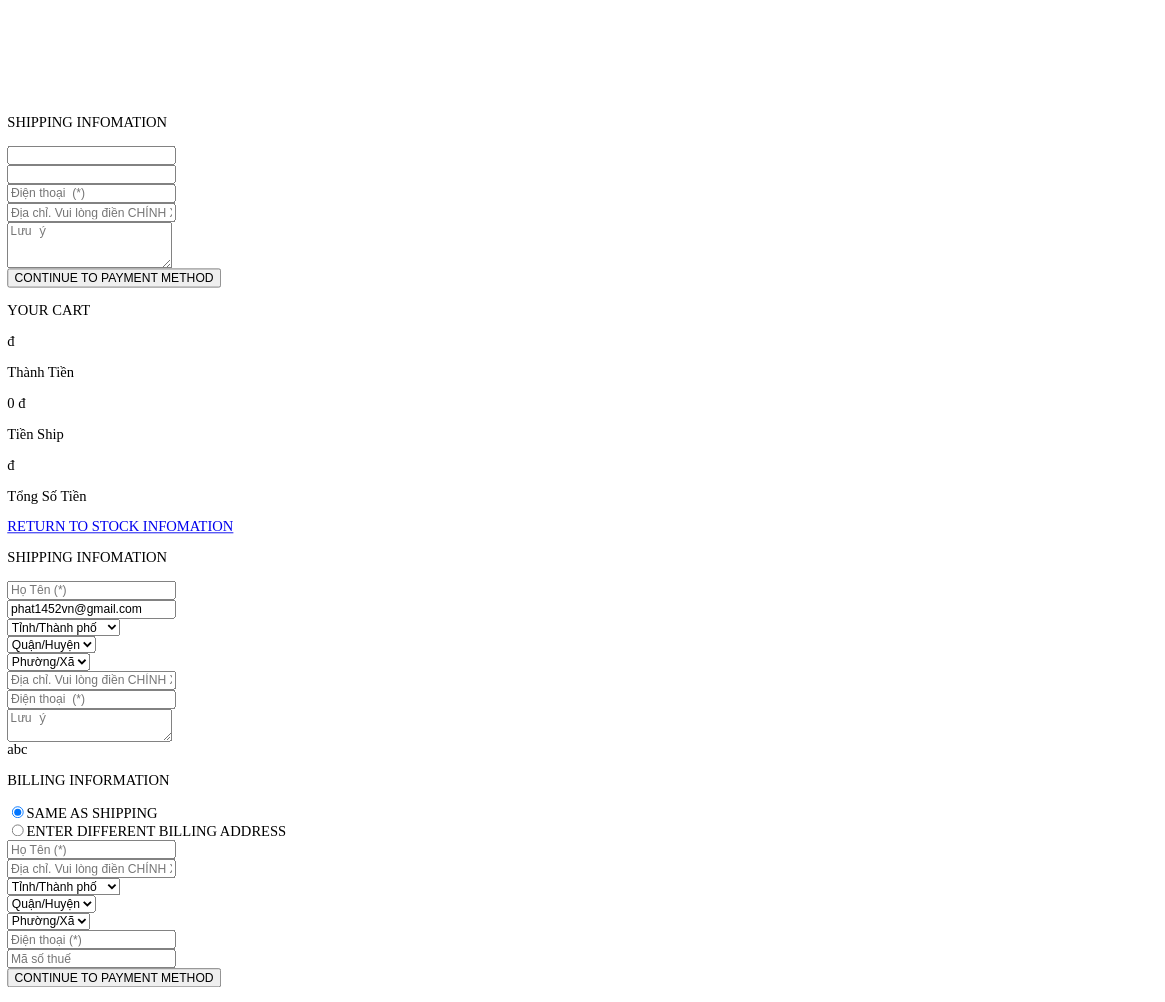
Repository: nguyengiabao245/NHOM3_C2
Page: http://localhost/DoAnJava/WEB-INF/views/order/checkout.jsp
The author's editor kept a copy of each file at every save. The page is drawn from the files as they stood at one save, then again after the next save.
The browser window is 1280 px wide. The pictures show the whole page, at 91% of full size.
The page is served by Tomcat 9. Nobody is signed in. The template is opened directly, without the code that normally fills it, so the values that code supplies are empty.

Above is the page before, as saved 2022-05-15 11:55:04.

After the next save:
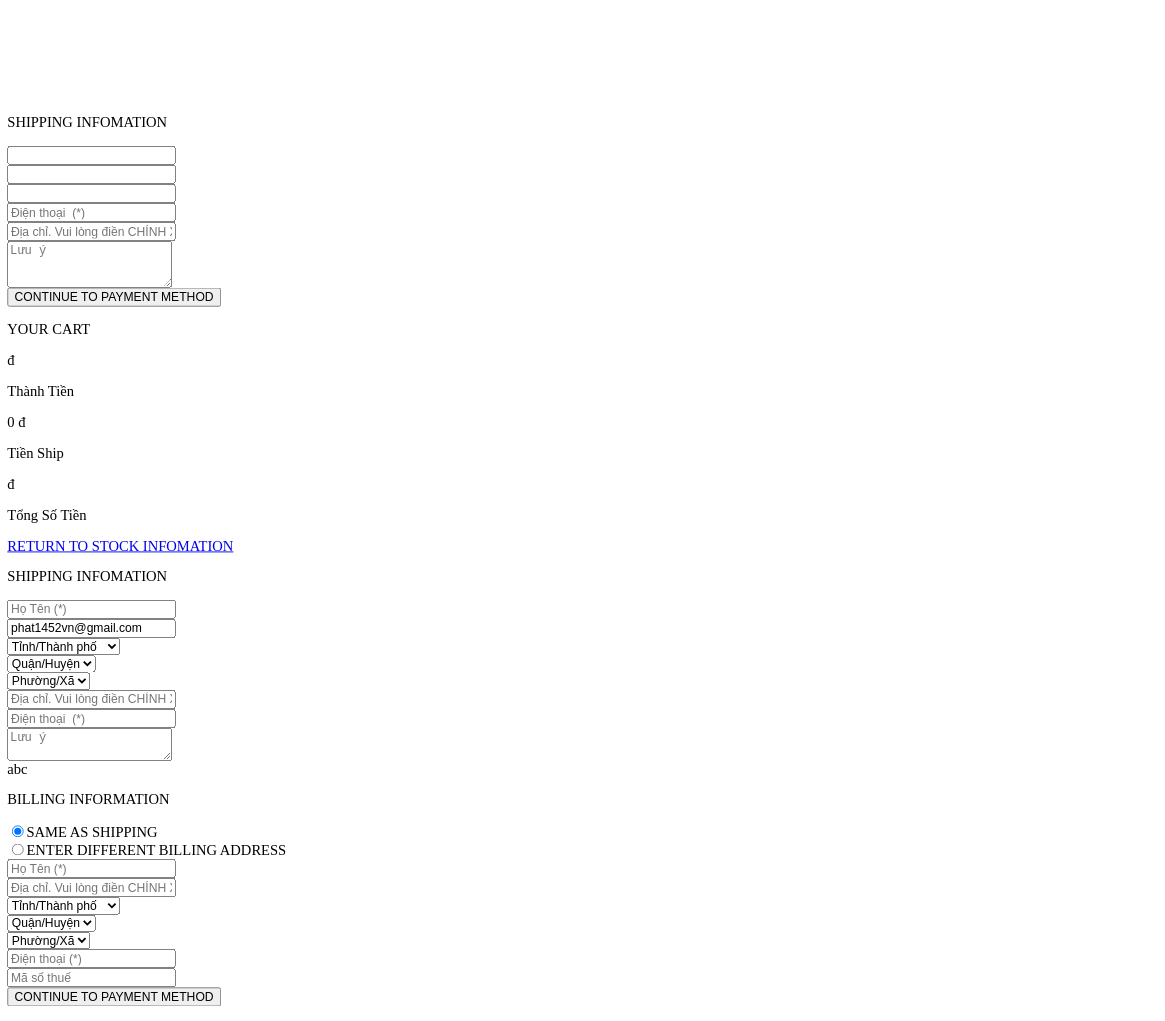
Saved 4 min 14 s later.
--- a/DoAnJava/src/main/webapp/WEB-INF/views/order/checkout.jsp
+++ b/DoAnJava/src/main/webapp/WEB-INF/views/order/checkout.jsp
@@ -18,7 +18,9 @@
 
 							<form:form action="/order/checkout" modelAttribute="order"
 								method="post">
-
+								<div class="frm-item">
+									<form:input path="user.fullname" class="form-control" readonly="true" />
+								</div>
 								<div class="frm-item">
 									<form:input path="user.id" class="form-control" readonly="true" />
 								</div>
